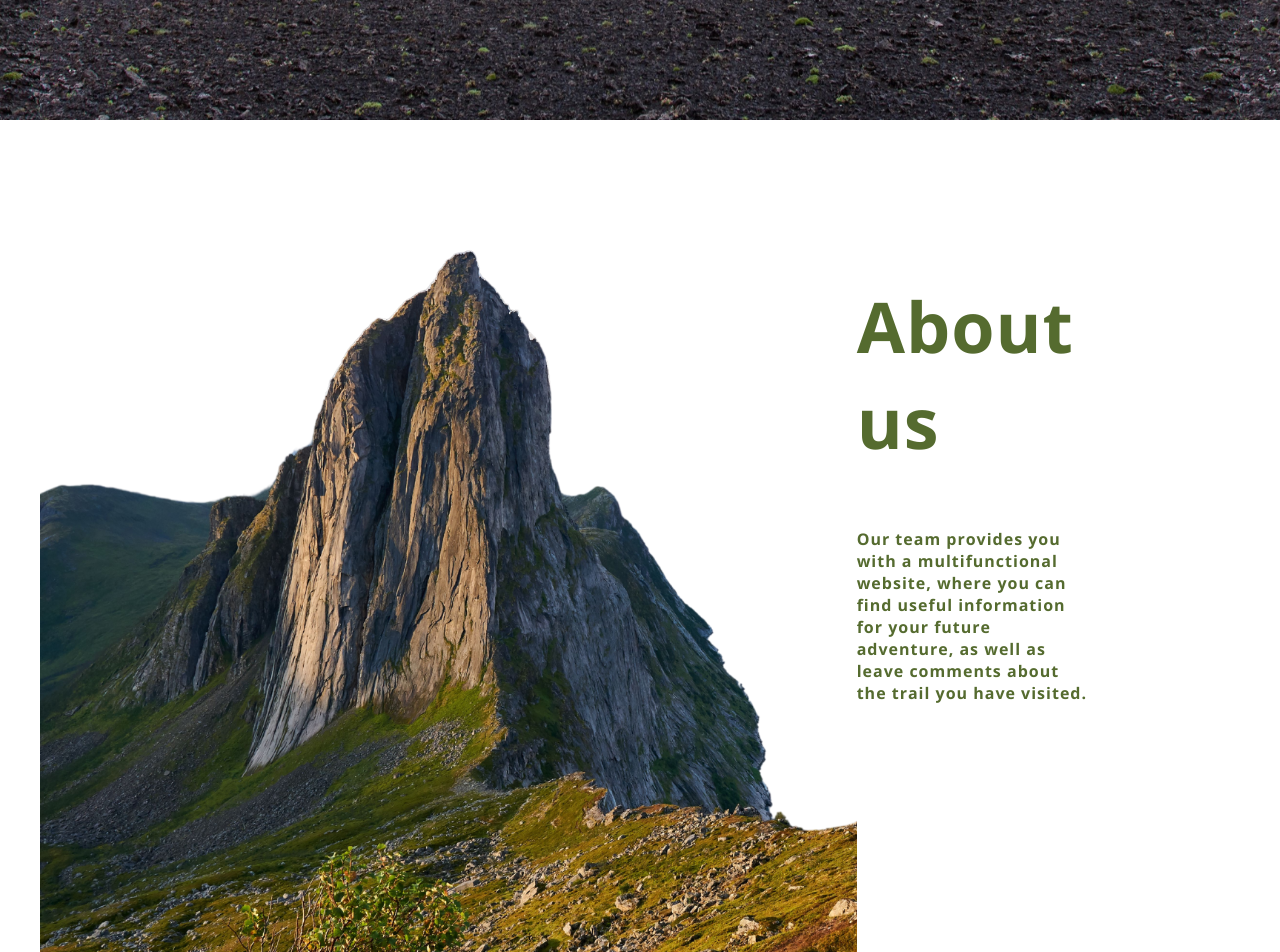
Repository: artembundin/travelrus.github.io
Page: index.html
These files come from the project's save history. The page is drawn as it stood at one moment and after the next save; the edit follows.
The browser window is 1280 px wide. The pictures show the part of the page from y = 2580 to 3532 px (the page is 4792 px tall).
A picture or video elsewhere on the page could not be fetched, so the positions and the page height are approximate. An inner scrolling area shows only its first screen. Backgrounds fixed to the window are drawn as part of the page. Some web fonts or font styles are not loaded; a fallback is used.

Above is the page before, as saved 2025-05-08 01:23:50.
Console error: TypeError: Cannot read properties of null (reading 'offsetTop')

### index.html
<!DOCTYPE html>
<html lang="en">
  <head>
    <meta charset="UTF-8" />
    <meta name="viewport" content="width=device-width, initial-scale=1.0" />
    <title>Document</title>
    <link rel="stylesheet" href="style.css" />
  </head>
  <body>
    <header class="header">
      <div class="container-header">
        <img src="icons/TRAIL TRIBE (3).svg" alt="" class="anim header-logo" />
        <ul class="header-list">
          <li><a class="active" href="/">HOME</a></li>
          <li><a href="/">BLOG</a></li>
          <li><a href="#inf">DISCOVER</a></li>
          <li><a href="/">ABOUT AS</a></li>
        </ul>
      </div>
    </header>
    <main class="main">
      <section class="join">
        <div class="join-container">
          <div class="text_section">
            <h2>Featured Items</h2>
            <p>
              These are some of the basic things that will be useful to you on a
              hike. See the full list on our blog.
            </p>
          </div>
          <a href="#" class="btn_list" id="newPageButton">BLOG</a>
        </div>
      </section>
      <section class="inf" id='inf'>
        <div class="inf-container">
          <h2 class="inf-caption animate-slidein">Find our most popular camps</h2>
          <div class="cards">
              <div class="cards-content">
                <a href="map.html#mapstore">
                  <img src="images/bvt.jpeg" alt="" class="img">
                </a>
                <div class="cards-text">
                  <h4 class="cards-title">The Big Valdai Trail</h4>
                  <p class="cards-sub-title">Its uniqueness lies in the change of ecological systems: spruce-fir forest, broad-leaved forest, pine forest.</p>
                </div>
              </div>
            <div class="cards-content">
              <a href="map.html#mapstore2">
                <img src="images/30.jpeg" alt="" class="img">
              </a>
              <div class="cards-text">
                <h4 class="cards-title">Through the Mountains to the Sea</h4>
                <p class="cards-sub-title">One of the oldest, most popular traveled tourist routes in the Soviet Union.</p>
              </div>
            </div>
            <div class="cards-content">
              <a href="map.html#mapstore3">
                <img src="images/btt.jpeg" alt="" class="img">
              </a>
              <div class="cards-text">
                <h4 class="cards-title">The Great Baikal Trail</h4>
                <p class="cards-sub-title">The trail will connect three national parks and three reserves.</p>
              </div>
            </div>
          </div>
        </div>
      </section>
      <section class="aboutus">
        <div class="aboutus-container">
          <div class="aboutus-image animate-slideleft"></div>
          <div class="aboutus-text animate-slideright">
            <h2 class="aboutus-title">About us</h2>
            <p class="aboutus-sub-title">Our team provides you with a multifunctional website, where you can find useful information for your future adventure, as well as leave comments about the trail you have visited.</p>
          </div>
        </div>
      </section>
      <section class="stuff-list">
      <h2 class="stuff-list-caption animate-appeir">That is useful for any hike</h2>
      <div class="item">
        <div class="stuff-list-container animate-appeir">
            <div class="stuff-item">
                    <p class="item1_title">Knife</p>
                    <img src="images/knife.svg" alt="/" id="item1">
            </div>
            <div class="stuff-item">
                    <p class="item2_title">Sleeping-bag</p>
                    <img src="images/sleepingbag.svg" alt="/" id="item2">
            </div>
            <div class="stuff-item">
                    <p class="item3_title">Tent</p>
                    <img src="images/tent.svg" alt="/" id="item3">
            </div>
          </div>
      </div>
    </section>
  </main>
  <script src="animation.js"></script>
  </body>
</html>




<!--<h2 class="stuff-list-caption">That is useful for any hike</h2>-->

### style.css
@font-face {
  font-family: 'OpenSans';
  src: url(fonts/OpenSans-Regular.woff2) format('woff2');
  font-weight: 400;
  font-style: normal;
  font-display: swap;
}
@font-face {
  font-family: 'OpenSans';
  src: url(fonts/OpenSans-Bold.woff2) format('woff2');
  font-weight: 700;
  font-style: normal;
  font-display: swap;
}


body {
  margin: 0;
  font-family: 'OpenSans';
  background-color: white;
  color: white;
  font-weight: 550;
}

ul {
  list-style: none;
  padding: 0;
  margin: 0;
}

a {
  text-decoration: none;
  color: white;
}

p {
  display: flex;
  /*animation: pfade linear both;
  animation-timeline: view();
  animation-range: entry 50% cover 50%;*/
}


h1, h2, h3, h4, h5, h6 {
  display: flex;
  /*animation: pfade linear both;
  animation-timeline: view();
  animation-range: entry 50% cover 50%;*/
}


/*@keyframes pfade {
  from {
    opacity: 0;
  }
  to {
    opacity: 1;
  }
} */

a {
  text-decoration: none;
}

/*Шапка*/

.header {
  position: relative;
  text-align: center;
  background-image: url(images/hiking3.jpeg);
  background-attachment: fixed;
  background-size: cover;
  background-position: center;
}

.container-header {
  display: flex;
  flex-direction: column;
  align-items: center;
  max-width: 1200px;
  height: 900px;
  margin-left: auto;
  margin-right: auto;
  overflow-x: hidden;
  padding: 0 15px;
}

.header-logo {
  width: 600px;
  height: 600px;
}



.header-img {
  position: absolute;
  width: 100%;
  height: auto;

  background-image: url(images/hiking3.jpeg);
  /*background-attachment: fixed;
    background-size: cover;
    background-position: center;*/
  z-index: -1;
}

.header-list {
  display: flex;
  gap: 40px;
  margin-top: -100px;
  text-decoration: underline;
  text-underline-offset: 10px;
  opacity: 0.6;
  font-weight: 600;
  font-size: 25px;
  letter-spacing: 3px;
}


/*СЕКЦИЯ 1*/

.main {
  display: inline;
}


.join {
  background-image: url('images/cloudmount.png');
  background-size: contain;
  background-repeat: no-repeat;
  animation: pfade linear both;
  animation-timeline: view();
  animation-range: entry 50% cover 50%;
}

@keyframes pfade {
  from {
    opacity: 0;
  }
  to {
    opacity: 1;
  }
}

.join-container {
  display: flex;
  max-width: 1200px;
  height: 900px;
  margin-left: auto;
  margin-right: auto;
  overflow-x: hidden;
  padding: 0 15px;
}


.text_section {
  width: 330px;
  height: 500px;
  padding: 100px;
  color: darkolivegreen;
}

.text_section p {
  letter-spacing: 1px;
}

.text_section h2 {
  font-size: 70px;
  font-weight: 700;
}

/*Кнопка*/

.btn_list {
  position: relative;
  text-align: center;
  padding: 5px 10px;
  width: 200px;
  height: 30px;
  top: 550px ;
  right: 430px;
  font-size: 20px;
  color: darkolivegreen;

  background-color: white;
  border-radius: 17px;
  box-shadow: 5px 5px 5px 3px #8a8a8a;
  cursor: pointer;
  transition: .3s;
}

.btn_list:active {
  transform: translateY(4px);
  box-shadow: 0 5px 0 darkgreen;
}


/*Конец кнопки*/



/*СЕКЦИЯ 2*/

.inf {
  background-image: url(images/holm.png);
  background-attachment: fixed;
  background-size: 1200px 900px;
  background-repeat: no-repeat;
  color: #AFD2F2;

}


.inf-caption {
  display: flex;
  justify-content: center;
  font-size: 60px;
  font-weight: 700;
  margin-top: 100px;
  margin-bottom: 200px;

  color: white;
}

@keyframes slidein {
  from {
    transform: translateX(-100%);
    opacity: 0;
  }
  to {
    transform: translateX(0);
    opacity: 1;
  }
}

.inf-caption.animate-slidein {
  animation: slidein;
  animation-duration: 2s;
  animation-timing-function: linear forwards;
  animation-iteration-count: 1;
}

.inf-container {
  max-width: 1200px;
  height: 900px;
  margin-left: auto;
  margin-right: auto;
  overflow-x: hidden;
  padding: 0 15px;
}

@keyframes fadein {
  from {
    opacity: 0;
  }
  to {
    opacity: 1;
  }
}

.cards {
  display: flex;
  justify-content: center;
  gap: 100px;
  animation: pfade linear both;
  animation-timeline: view();
  animation-range: entry 50% cover 50%;
}

.cards-content {
  display: flex;
  position: relative;
  justify-content: center;
  align-items: center;
  overflow: hidden;




  /*width: 400px;
  border-radius: 20px;
  margin-top: 200px;
  text-align: center;*/
}


.img {
  width: 400px;
  height: 300px;
  border: 3px solid #2E2C33;




  /*max-width: 100%;
  height: 350px;
  object-fit: cover;
  border-radius: 15px;*/
}

.cards-text {
  width: 200px;
  height: 200px;
  background-color: white;
  padding: 1.5rem 2rem;
  box-shadow: 0 8px 24px hsla(0, 0%, 0%, .15);
  border-radius: 1rem;
  position: absolute;
  bottom: -9rem;
  opacity: 0;
  transition: opacity 1s 1s;
}

.cards-title {
  font-size: 28px;
  font-weight: 700;
  margin-bottom: .75rem;
}



.cards-sub-title {
  font-size: 13px;
  font-weight: 400;

}

.cards-content:hover .cards-text{
  animation: show-text 1s forwards;
  opacity: 1;
  transition: opacity .3s;
}

.cards-content {
  animation-name: remove-overflow;
  animation: remove-overflow 2s forwards;

}

.cards-content:not(:hover) {
  animation: show-overflow 2s forwards;
}

.cards-content:not(:hover) .cards-text {
  animation: remove-text 1s forwards;
}

@keyframes show-text {
  50% {
    transform: translateY(-10rem);
  }
  100% {
    transform: translateY(-7rem);
  }
}

@keyframes remove-overflow {
  to {
    overflow: initial;
  }
}

@keyframes remove-text {
  0% {
    transform: translateY(-7rem);
  }
  50% {
    transform: translateY(-10rem);
  }
  100% {
    transform: translateY(.5rem);
  }
}

@keyframes show-overflow {
  0% {
    overflow: initial;
    pointer-events: none;
  }
  50% {
    overflow: hidden;
  }
}


/*СЕКЦИЯ 3 */



.aboutus {
  color: darkolivegreen;
}


.aboutus-container {
  display: flex;
  max-width: 1200px;
  height: 800px;
  margin-left: auto;
  margin-right: auto;
  overflow-x: hidden;
  margin-top: 100px;
  margin-bottom: 150px;
}


.aboutus-image {
  background-image: url(images/goraaa.png);
  background-size: cover;
  background-repeat: no-repeat;
  width: 1400px;
  height: 800px;
}

/*@keyframes slideleft {
  from{
    transform: translateX(-100%);
    opacity: 0;
  }
  to {
    transform: translate(0);
    opacity: 1;
  }
}

.aboutus-image.animate-slideleft {
  animation: slideleft;
  animation-duration: 5s;
  animation-timing-function: linear forwards;
  animation-iteration-count: 1;
}*/

.aboutus-text {
  width: 400px;
  height: 300px;
  text-align: left;
  letter-spacing: 1px;
  margin-right: 150px;
}

/*.aboutus-text.animate-slideright {
  animation: none;
  animation: slideright;
  animation-duration: 4s;
  animation-timing-function: linear forwards;
  animation-iteration-count: 1;
}

@keyframes slideright {
  from {
    transform: translateX(100%);
  }
  to {
    transform: translateX(0);
  }
}*/

.aboutus-title {
  font-size: 70px;
  justify-content: left;
}



/*СЕКЦИЯ 3*/


/*.cards {
  display: flex;
  justify-content: center;
  gap: 170px;
} карточки секция */

@keyframes appeir {
  from {
    opacity: 0;
  }
  to {
    opacity: 1;
  }
}

.stuff-list-caption {
  display: flex;
  justify-content: center;
  font-size: 65px;
  font-weight: 700;
  color: darkolivegreen;

}

.stuff-list-caption.animate-appeir {
  animation: appeir;
  animation-duration: 6s;
  animation-timing-function: linear forwards;
  animation-iteration-count: 1;
}

.stuff-list-container.animate-appeir {
  display: grid;
  grid-template-columns: 0.25fr 0.25fr;
  grid-template-rows: 600px 600px;
  gap: 20px;
  max-width: 1200px;
  height: 800px;
  margin-left: auto;
  margin-right: auto;
  overflow-x: hidden;
  margin-top: 100px;


    /*animation: appeir2 ;
    animation-duration: 1s;
    animation-timing-function: ease-in forwards;
    animation-delay: 1s;
    animation-iteration-count: 1;*/

}

/*@keyframes appeir2 {
  from {
    opacity: 0;
  }
  to {
    opacity: 1;
  }
}*/

.stuff-list {
  color: white;
}


.item {
  background-image: url(/images/sumka.png);
  background-size: 1300px 800px;
  background-repeat: no-repeat;
  background-position: center;
}


#item1 {
  background-color: lemonchiffon;
  position: relative;
  left: 490px;
  top: 160px;
}



#item2 {
  background-color: lightpink;
  position: relative;
  left: 390px;
  top: 130px;
}



#item3 {
  background-color: lightsteelblue;
  position: relative;
  left: 530px;
  bottom: 230px;
}

.item1_title {
  position: relative;
  left: 490px;
  top: 160px;
  font-size: 17px;
}

.item2_title {
  position: relative;
  left: 390px;
  top: 130px;
  font-size: 17px;
}

.item3_title {
  position: relative;
  left: 530px;
  bottom: 230px;
  font-size: 17px;
}

/* В конец файла добавим медиа-запросы */

/* Для планшетов */
@media screen and (max-width: 1024px) {
  .container-header {
    height: 700px;
  }

  .header-logo {
    width: 400px;
    height: 400px;
  }

  .header-list {
    font-size: 20px;
    gap: 20px;
  }

  .join-container {
    width: 100%;
    padding: 0 20px;
  }

  .text_section {
    padding: 50px;
  }

  .text_section h2 {
    font-size: 50px;
  }

  .cards {
    flex-wrap: wrap;
    gap: 50px;
  }

  .img {
    width: 300px;
    height: 225px;
  }

  .aboutus-container {
    flex-direction: column;
    height: auto;
  }

  .aboutus-image {
    width: 100%;
    height: 500px;
  }

  .aboutus-text {
    width: 100%;
    margin: 20px;
  }
}

/* Для мобильных устройств */
@media screen and (max-width: 768px) {
  .container-header {
    height: 500px;
  }

  .header-logo {
    width: 300px;
    height: 300px;
  }

  .header-list {
    font-size: 16px;
    gap: 15px;
    flex-direction: column;
  }

  .text_section h2 {
    font-size: 40px;
  }

  .btn_list {
    right: 200px;
  }

  .inf-caption {
    font-size: 40px;
    margin: 50px 0;
  }

  .cards-content {
    width: 100%;
  }

  .img {
    width: 100%;
    max-width: 300px;
  }

  .stuff-list-container {
    grid-template-columns: 1fr;
    grid-template-rows: auto;
  }

  #item1, #item2, #item3,
  .item1_title, .item2_title, .item3_title {
    left: 50%;
    transform: translateX(-50%);
    position: relative;
    top: 0;
    bottom: 0;
  }

  .stuff-list-caption {
    font-size: 40px;
    text-align: center;
  }
}

/* Для маленьких экранов */
@media screen and (max-width: 480px) {
  .header-logo {
    width: 200px;
    height: 200px;
  }

  .text_section {
    width: 100%;
    padding: 20px;
  }

  .text_section h2 {
    font-size: 30px;
  }

  .btn_list {
    width: 150px;
    right: 100px;
  }
}

.join,
.inf,
.aboutus,
.stuff-list {
  width: 100%;
  overflow-x: hidden;
}

### animation.js
window.addEventListener('scroll', function() {
    var infCaption = document.querySelector('.inf-caption');
    var infOffsetTop = infCaption.offsetTop;
    var windowHeight = window.innerHeight;
    var scrollTop = window.scrollY;

    if (scrollTop > infOffsetTop - windowHeight) {
    infCaption.classList.add('animate-slidein');
    }
    else {
    infCaption.classList.remove('animate-slidein');
    }
});

window.addEventListener('scroll', function() {
    var aboutusSection = document.querySelector('.aboutus');
    var aboutusOffsetTop = aboutusSection.offsetTop;
    var windowHeight = window.innerHeight;
    var scrollTop = window.scrollY;

    if (scrollTop > aboutusOffsetTop - windowHeight) {
    document.querySelector('.aboutus-image').classList.add('animate-slideleft');
    document.querySelector('.aboutus-text').classList.add('animate-slideright');
    }
    else {
    document.querySelector('.aboutus-image').classList.remove('animate-slideleft');
    document.querySelector('.aboutus-text').classList.remove('animate-slideright');
    }
});


window.addEventListener('scroll', function() {
    var stuffSection = document.querySelector('.stuff-list');
    var stuffOffsetTop = stuffSection.offsetTop;
    var windowHeight = window.innerHeight;
    var scrollTop = window.scrollY;

    if (scrollTop > stuffOffsetTop - windowHeight) {
    document.querySelector('.stuff-list-caption').classList.add('animate-appeir');
    }
    else {
    document.querySelector('.stuff-list-caption').classList.remove('animate-appeir');
    }
});

document.addEventListener('scroll', function() {
    var stuffSection = document.querySelector('.stuff-list-container');
    var windowHeight = window.innerHeight;
    var stuffOffsetTop = stuffSection.offsetTop;
    var scrollTop = window.scrollY;

    if (scrollTop > stuffOffsetTop - windowHeight) {
        stuffSection.classList.add('animate-appeir');
    } else {
        stuffSection.classList.remove('animate-appeir');
    }
});

document.addEventListener('scroll', function() {
    var footer = document.querySelector('.footer');
    var windowHeight = window.innerHeight;
    var footerOffsetTop = footer.offsetTop;
    var scrollTop = window.scrollY;

    if (scrollTop > footerOffsetTop - windowHeight) {
        footer.classList.add('animate-appeir-footer');
    } else {
        footer.classList.remove('animate-appeir-footer');
    }
});

document.addEventListener('scroll', function() {
    var socialContainer = document.querySelector('.social-container');
    var windowHeight = window.innerHeight;
    var socialContainerOffsetTop = socialContainer.offsetTop;
    var scrollTop = window.scrollY;

    if (scrollTop > socialContainerOffsetTop - windowHeight) {
        socialContainer.classList.add('animate-appeir3');
    } else {
        socialContainer.classList.remove('animate-appeir3');
    }
});

const newPageButton = document.getElementById('newPageButton');

newPageButton.addEventListener('click', function() {
    window.open('blog.html');
});

After the next save:
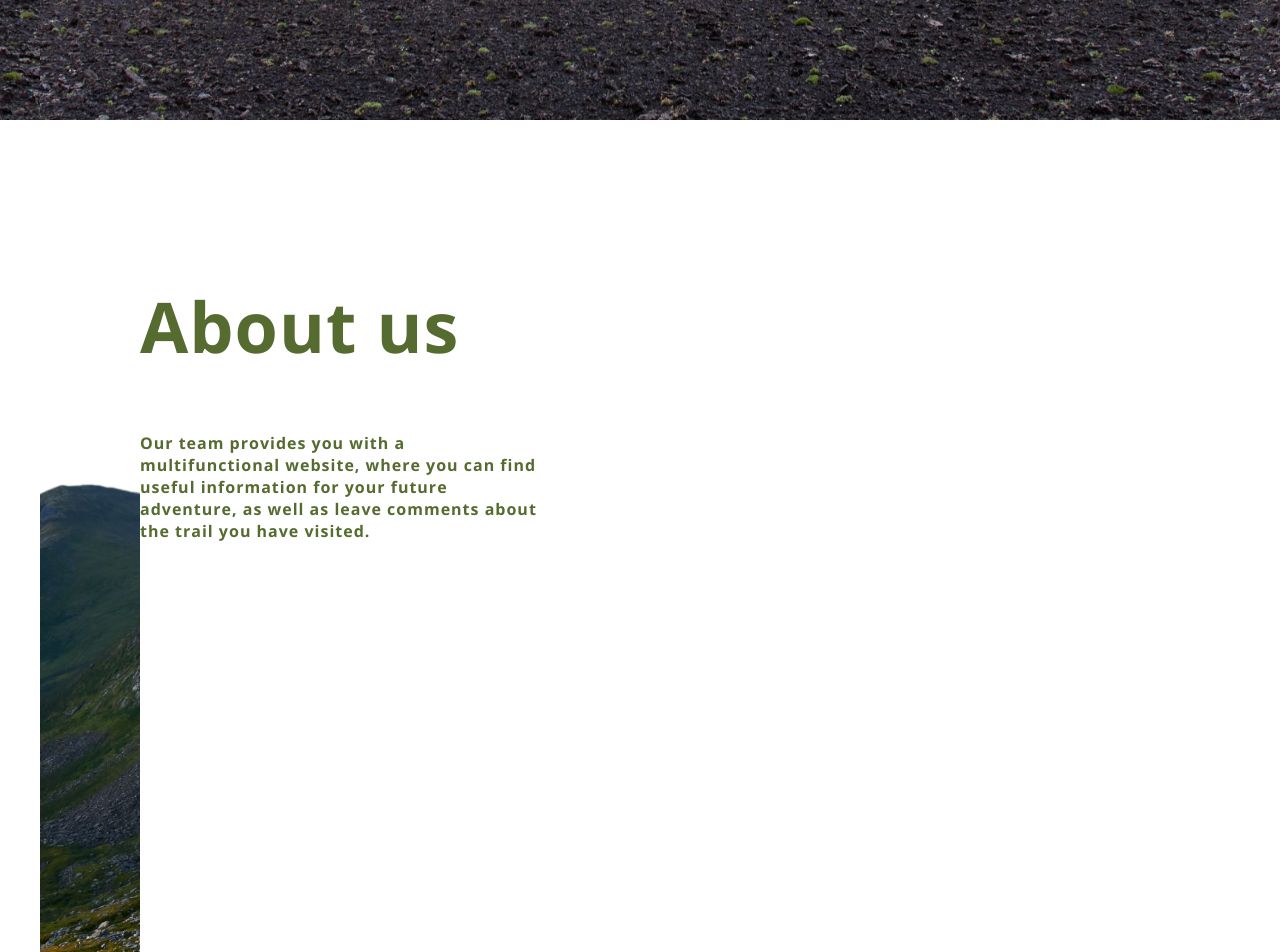
Saved 19 s later.
--- a/style.css
+++ b/style.css
@@ -408,7 +408,7 @@ a {
   background-image: url(images/goraaa.png);
   background-size: cover;
   background-repeat: no-repeat;
-  width: 1400px;
+  width: 100px;
   height: 800px;
 }
 
